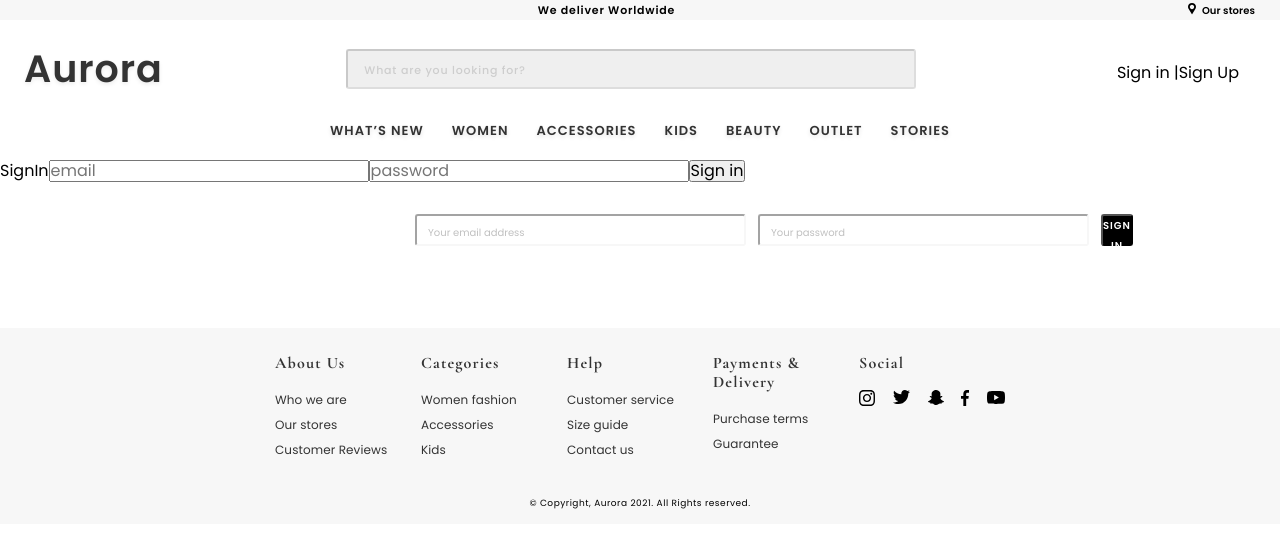
Repository: YuraKrvz/aurora-react-redux-toolkit-firebase
Page: /signIn
These files come from the project's save history. The page is drawn as it stood at one moment and after a run of saves; the edit follows.
The browser window is 1280 px wide. The pictures show the whole page.
The project was rebuilt for these pictures with package versions that can differ from the ones it lists, and the page was loaded fresh each time. Also part of the build but not shown: src/components/MainSection/MainSection.jsx, src/pages/HomeGuest.jsx, src/pages/HomeUser.jsx, src/pages/SignUp.jsx.

Above is the page before, as saved 2021-11-29 13:07:16.

After the next 2 saves:
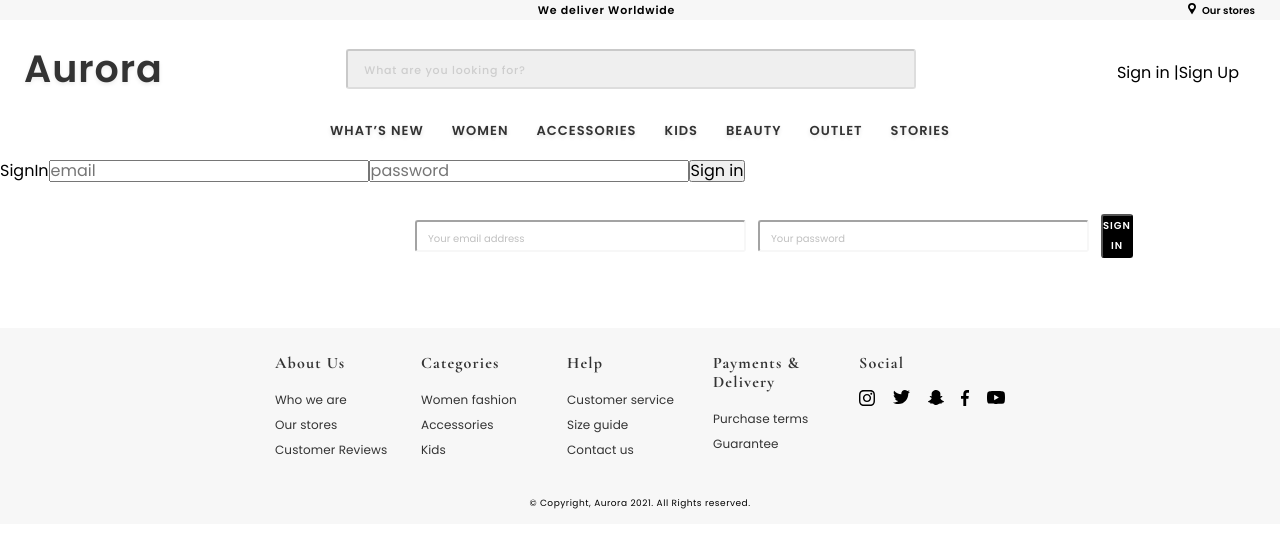
The 2 saves are shown as one change because they came seconds apart.
The last was saved 34 s later.
--- a/src/components/MainSection/MainSection.module.css
+++ b/src/components/MainSection/MainSection.module.css
@@ -54,8 +54,8 @@
    font-size: 10px;
 }
 .section_register_btn{
-   width: 94px;
-   height: 32px;
+   /* width: 94px; */
+   /* height: 32px; */
    border-radius: 3px;
    /* border: transparent; */
    background-color: var(--color-very-black);

After the 2 saves that followed:
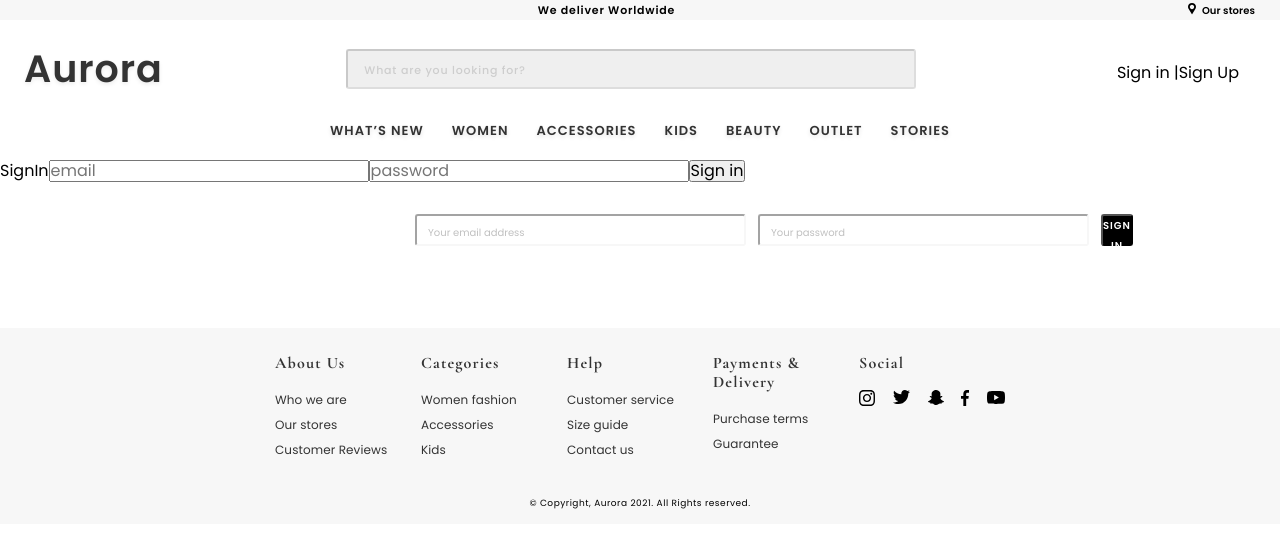
The 2 saves are shown as one change because they came seconds apart.
The last was saved 9 s later.
--- a/src/components/MainSection/MainSection.module.css
+++ b/src/components/MainSection/MainSection.module.css
@@ -54,8 +54,8 @@
    font-size: 10px;
 }
 .section_register_btn{
-   /* width: 94px; */
-   /* height: 32px; */
+   width: 94px;
+   height: 32px;
    border-radius: 3px;
    /* border: transparent; */
    background-color: var(--color-very-black);
